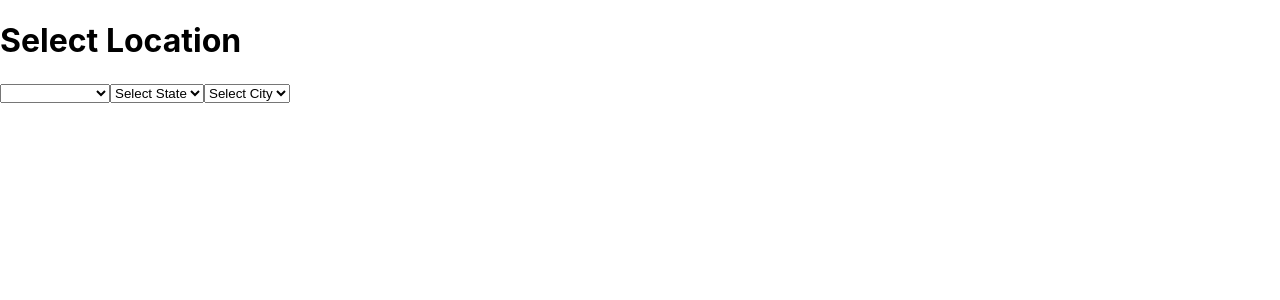
Repository: rajratangm/xstate
Page: /
The author's editor kept a copy of each file at every save. The page is drawn from the files as they stood at one save, then again after a run of saves.
The browser window is 1280 px wide. The pictures show the whole page.
The page's requests for data from a server got no answer. The project was rebuilt for these pictures with package versions that can differ from the ones it lists, and the page was loaded fresh each time. No one was signed in, and anything a server would have sent is missing. Also part of the build but not shown: src/App.css.

Above is the page before, as saved 2024-04-03 15:38:58.

### src/App.js
import './App.css';
import { useEffect, useState } from 'react';

function App() {
  const [countries, setCountries]= useState([]);
  const [states, setStates]= useState([]);
  const [selectedCountry, setSelectedCountry]= useState('');
  const [stateSelected, setStateSelected]= useState('')

  const [cities, setCities]= useState([])
  const [city, setCity]= useState('')

  const getCountriesData= async ()=>{
    try{
      const data = await fetch('https://crio-location-selector.onrender.com/countries')
      const res = await data.json();
      setCountries(res)
    }
    catch(e){
      console.log(e)

    }
  }


  const getStatesData= async ()=>{
    try{
      const data = await fetch(`https://crio-location-selector.onrender.com/country=${selectedCountry}/states`)
      const res = await data.json();
      setStates(res)
    }
    catch(e){
      console.log(e)

    }
  }

  const getCitiessData = async ()=>{
    try{
      const data = await fetch(`https://crio-location-selector.onrender.com/country=${selectedCountry}/state=${stateSelected}/cities`)
      const res = await data.json();
      setCities(res)
    }
    catch(e){
      console.log(e)

    }
  }

  const handleCountryChange=(e)=>{
    console.log(e.target.value)
    setSelectedCountry(e.target.value)

  }

  const handleStateChange=(e)=>{
    console.log(e.target.value)

    setStateSelected(e.target.value)

  }

  const handleCityChange=(e)=>{
    console.log(e.target.value)
    setCity(e.target.value)
  }


  useEffect(()=>{
    getCountriesData()
  })

  useEffect(()=>{
    if(selectedCountry){
      getStatesData();
    }
  },[selectedCountry])


  useEffect(()=>{
    if(stateSelected){
      getCitiessData();
    }
  },[stateSelected])

  return (
    <>
      <h1>Select Location</h1>
      <div>
        <select onChange={handleCountryChange} value={selectedCountry}>
          <option value='Select Country' disabled>Select Country</option>
          {
            countries.map((item)=>{
              return <option value={item}>{item}</option>
            })
          }

        </select>

        <select onChange={handleStateChange} value={stateSelected}>
          <option value='' disabled>Select State</option>
          {
            states.map((item)=>{
              return <option value={item}>{item}</option>
            })
          }

        </select>

        <select onChange={handleCityChange} value={city}>
          <option value='' disabled>Select City</option>
          {
            cities.map((item)=>{
              return <option value={item}>{item}</option>
            })
          }

        </select>
      </div>

      <p></p>


    </>
  );
}

export default App;

Loaded but not shown: public/index.html (common file); src/index.js (common file); src/index.css (common file); src/reportWebVitals.js (common file)

After the next 2 saves:
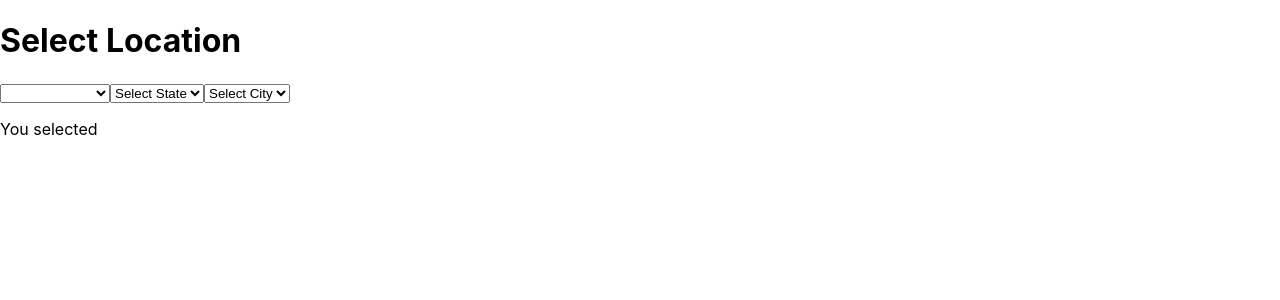
The 2 saves are shown as one change because 1 did not build or start.
The last was saved 12 s later.
--- a/src/App.js
+++ b/src/App.js
@@ -118,7 +118,7 @@ function App() {
         </select>
       </div>
 
-      <p></p>
+      <p>You selected <span></span></p>
 
 
     </>
